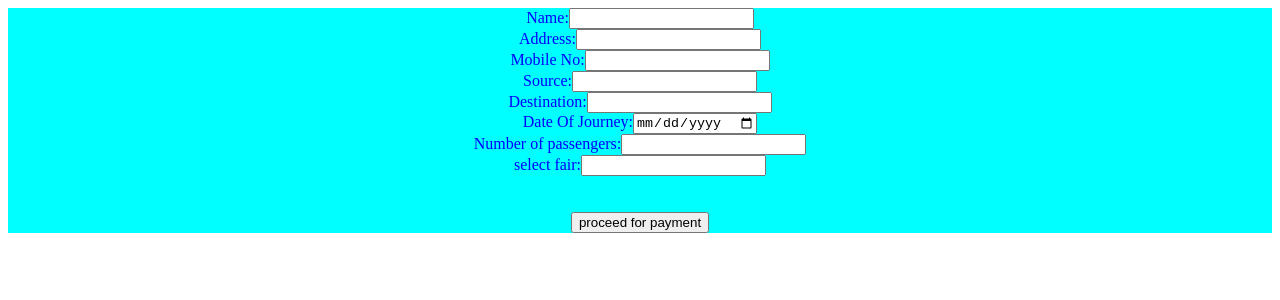
Repository: jha6435/Backenefinalsubmission
Page: http://localhost/ProjectFlyaway2/bookticket.jsp
An editor plug-in stored every save of this project. The page is shown before and after the next save, followed by the edit.
The browser window is 1280 px wide. The pictures show the whole page.
The page is served by Tomcat 9.

Above is the page before, as saved 2023-05-12 03:47:32.

After the next save:
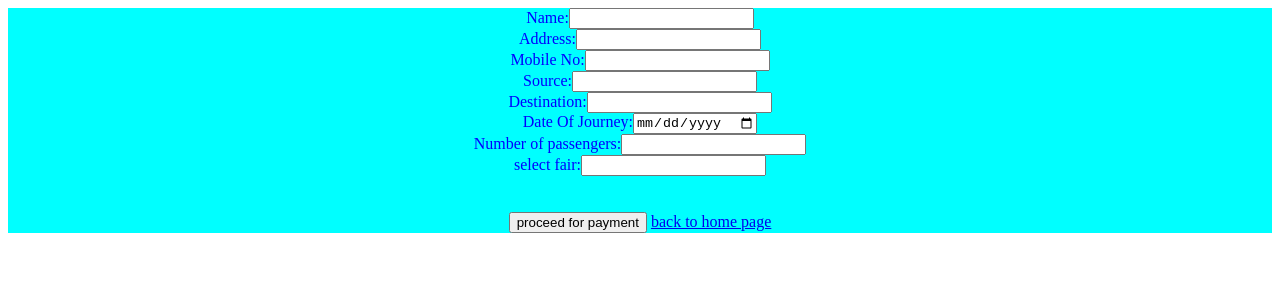
Saved 8 min 10 s later.
--- a/ProjectFlyaway2/src/main/webapp/bookticket.jsp
+++ b/ProjectFlyaway2/src/main/webapp/bookticket.jsp
@@ -25,6 +25,7 @@ select fair:<input type="text" name="soce"><br>
 <br>
 <br>
 <input type="submit" value="proceed for payment">
+<a href="index.jsp">back to home page</a>
 </form>
 </body>
 </html>
